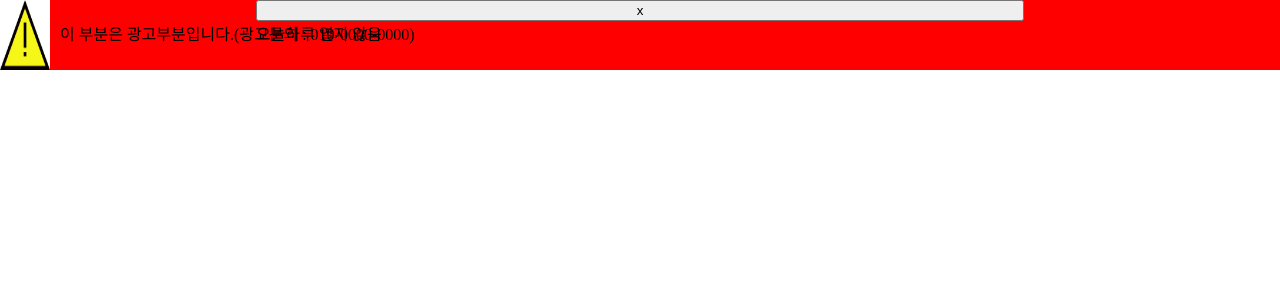
Repository: leehyeonung/myproject
Page: http://localhost/myproject/
These files come from the project's save history. The page is drawn as it stood at one moment and after the next save; the edit follows.
The browser window is 1280 px wide. The pictures show the whole page.
The page is served by Tomcat 9.

Above is the page before, as saved 2023-03-15 10:52:42.

After the next save:
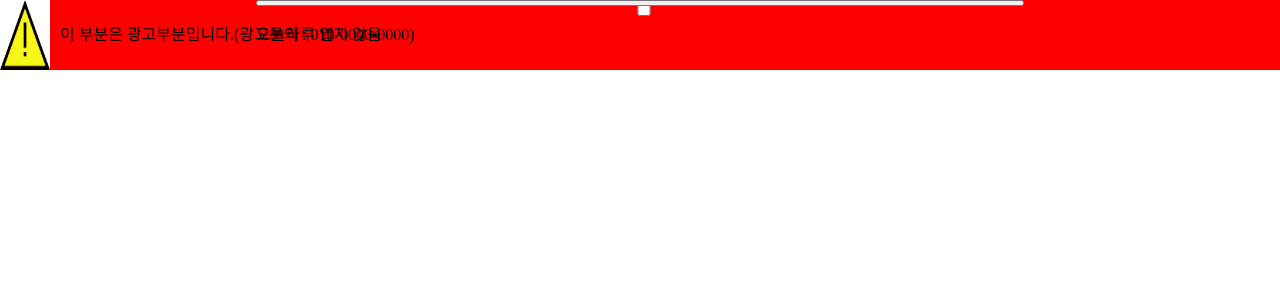
Saved 19 s later.
--- a/myproject/src/main/webapp/header.jsp
+++ b/myproject/src/main/webapp/header.jsp
@@ -18,8 +18,8 @@
 <div class="ad_button">
 오늘하루 열지 않음
 <input type="checkbox" name="today_check">
-<button type="button">
-x</button>
+<button type="button" value="x" />
+
 </div>
 </div>
 

After the 3 saves that followed:
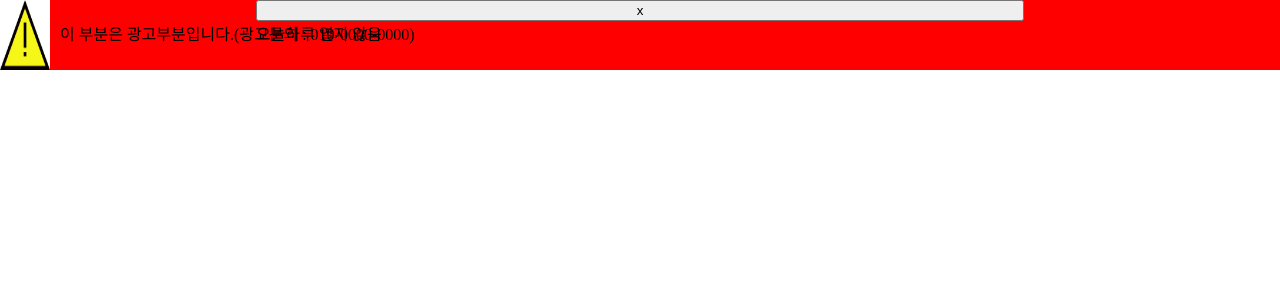
The 3 saves are shown as one change because they came seconds apart.
The last was saved 8 s later.
--- a/myproject/src/main/webapp/header.jsp
+++ b/myproject/src/main/webapp/header.jsp
@@ -18,7 +18,7 @@
 <div class="ad_button">
 오늘하루 열지 않음
 <input type="checkbox" name="today_check">
-<button type="button" value="x" />
+<button type="button" value="x">x</button>
 
 </div>
 </div>
